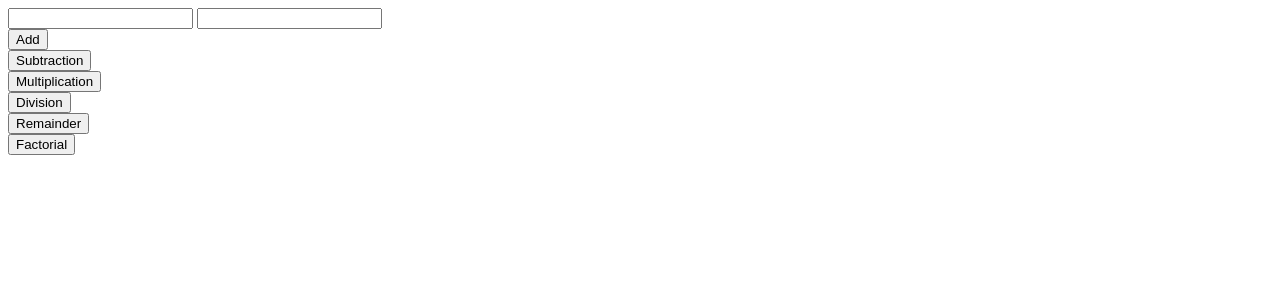
Repository: yash112021/Cdac_lab_Work
Page: 250845920104_Advance_java/Day3_20_11_25/DemoServlet/src/main/webapp/form.html
An editor plug-in stored every save of this project. The page is shown before and after the next save, followed by the edit.
The browser window is 1280 px wide. The pictures show the whole page.

Above is the page before, as saved 2025-11-21 14:04:18.

After the next save:
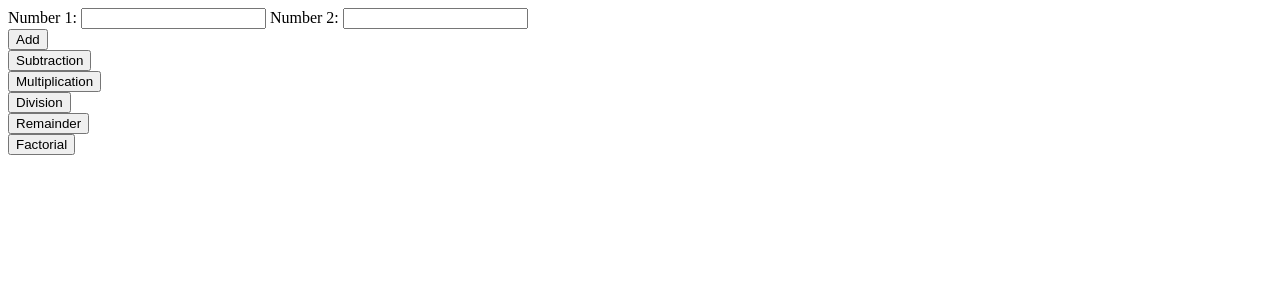
Saved 25 s later.
--- a/250845920104_Advance_java/Day3_20_11_25/DemoServlet/src/main/webapp/form.html
+++ b/250845920104_Advance_java/Day3_20_11_25/DemoServlet/src/main/webapp/form.html
@@ -8,8 +8,8 @@
 
     <form action="/yash">
 
-    <input type="number" name="n1" id="n1" >
-      <input type="number" name="n2" id="n2" ></br>
+   Number 1: <input type="number" name="n1" id="n1" >
+    Number 2:  <input type="number" name="n2" id="n2" ></br>
       <button name="btn" value="add">Add</button>
       </br>
       <button name="btn" value="sub">Subtraction</button>
